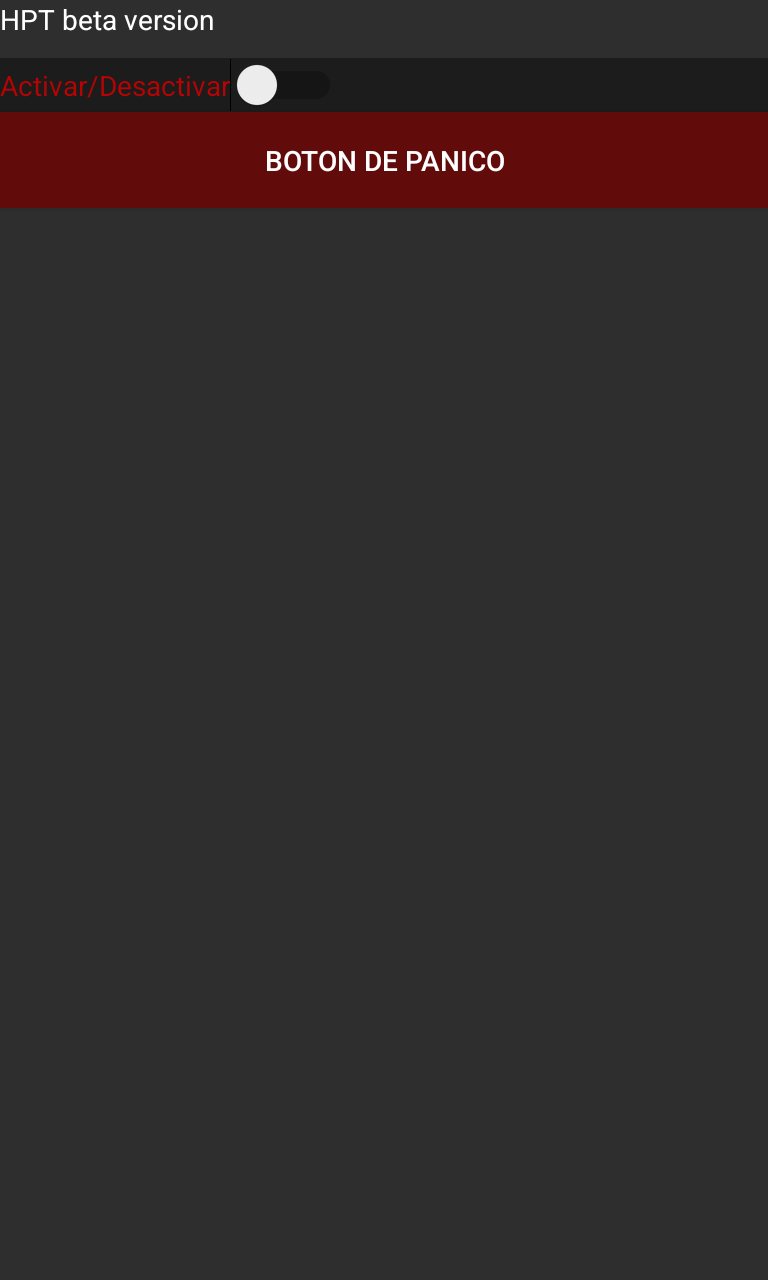
Repository: aludena18/android_apps
Layout: HunterPersonalTrack/res/layout/activity_main.xml
These files come from the project's save history. The layout is drawn as it stood at one moment and after the next save; the edit follows.
It is drawn on a 768 x 1280 px phone screen (xhdpi) without system bars, with theme AppTheme; the app's code is not run.

Above is the layout before, as saved 2015-10-14 20:24:58.

### HunterPersonalTrack/res/layout/activity_main.xml
<LinearLayout xmlns:android="http://schemas.android.com/apk/res/android"
    xmlns:tools="http://schemas.android.com/tools"
    android:layout_width="match_parent"
    android:layout_height="match_parent"
    android:orientation="vertical"
    android:background="#2E2E2E"
    tools:context="com.alg.hunterpersonaltrack.MainActivity" >

    <TextView
        android:layout_width="wrap_content"
        android:layout_height="wrap_content"
        android:layout_marginBottom="10dp"
        android:textColor="#FFFFFF"
        android:text="@string/hello_world" />

    <LinearLayout
        android:layout_width="match_parent"
        android:layout_height="wrap_content"
        android:background="#1C1C1C">

        <Switch
	        android:id="@+id/swtOnOff"
    	    android:layout_width="wrap_content"
        	android:layout_height="wrap_content"
        	android:textColor="#B40404"
        	android:text="@string/etqSwtOnOff" />

    </LinearLayout>

    <Button
        android:id="@+id/btnPanico"
        android:layout_width="match_parent"
        android:layout_height="wrap_content"
        android:background="#610B0B"
        android:textColor="#FFFFFF"
        android:text="@string/etqBtnPanico"/>


</LinearLayout>

### HunterPersonalTrack/res/values/strings.xml
<?xml version="1.0" encoding="utf-8"?>
<resources>

    <string name="app_name">Hunter Personal Track</string>
    <string name="hello_world">HPT beta version</string>
    <string name="action_settings">Settings</string>

    <string name="etqSwtOnOff">Activar/Desactivar</string>
    <string name="etqBtnPanico">Boton de Panico</string>

</resources>

Loaded but not shown: HunterPersonalTrack/res/values/styles.xml (common file); HunterPersonalTrack/res/values-v11/styles.xml (common file); HunterPersonalTrack/res/values-v14/styles.xml (common file)

After the next save:
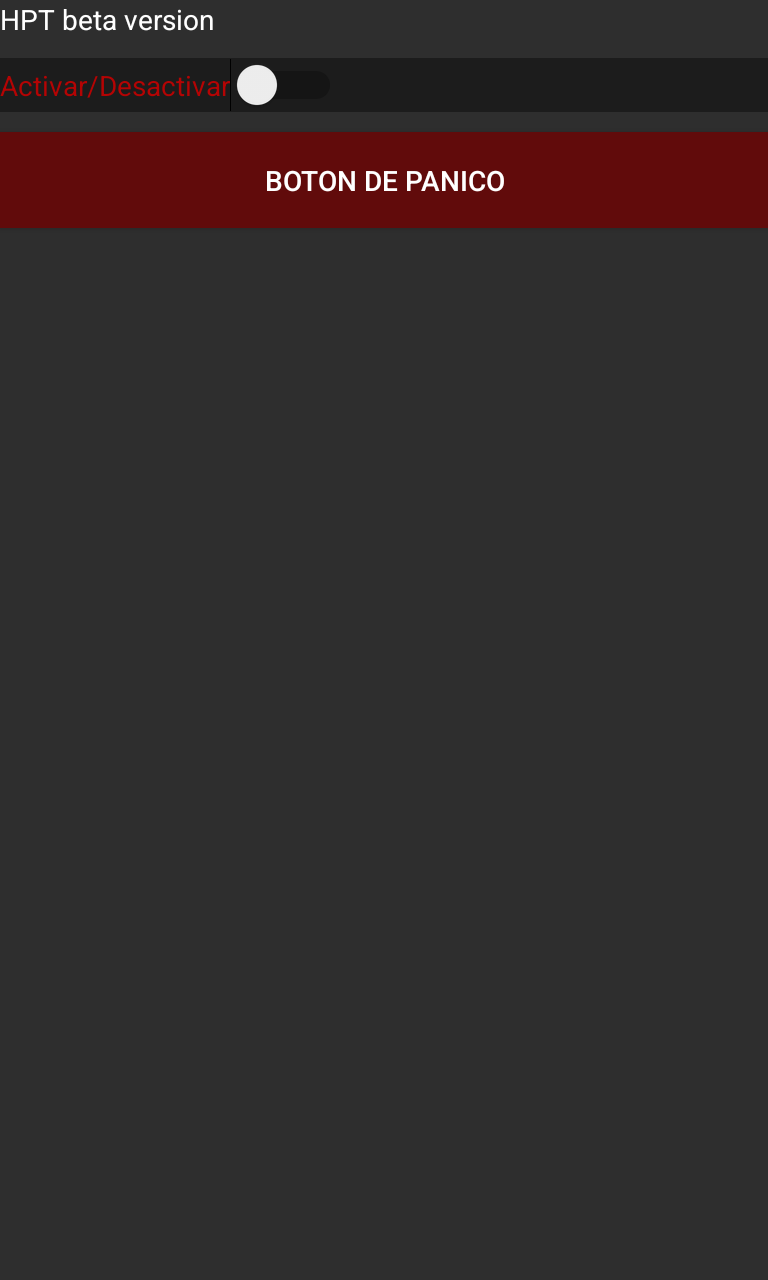
Saved 31 s later.
--- a/HunterPersonalTrack/res/layout/activity_main.xml
+++ b/HunterPersonalTrack/res/layout/activity_main.xml
@@ -31,6 +31,8 @@
         android:id="@+id/btnPanico"
         android:layout_width="match_parent"
         android:layout_height="wrap_content"
+        android:layout_marginTop="10dp"
+        android:layout_marginBottom="10dp"
         android:background="#610B0B"
         android:textColor="#FFFFFF"
         android:text="@string/etqBtnPanico"/>
